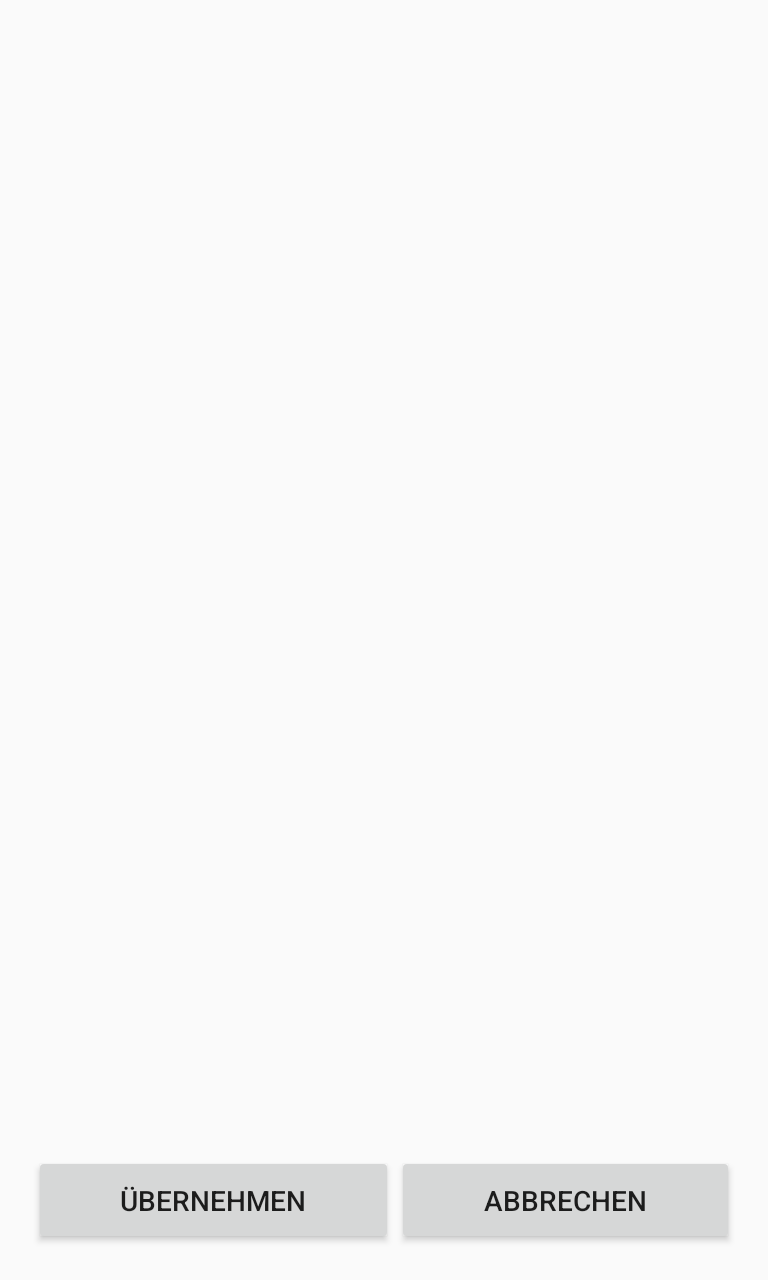
Repository: browndrf/cmpe283
Layout: myopenstack/res/layout/activity_main.xml
These files come from the project's save history. The layout is drawn as it stood at one moment and after the next save; the edit follows.
It is drawn on a 768 x 1280 px phone screen (xhdpi) without system bars, with theme AppTheme; the app's code is not run.

Above is the layout before, as saved 2014-09-13 18:20:00.

### myopenstack/res/layout/activity_main.xml
<RelativeLayout xmlns:android="http://schemas.android.com/apk/res/android"
    xmlns:tools="http://schemas.android.com/tools"
    android:layout_width="match_parent"
    android:layout_height="match_parent"
    android:paddingBottom="@dimen/activity_vertical_margin"
    android:paddingLeft="@dimen/activity_horizontal_margin"
    android:paddingRight="@dimen/activity_horizontal_margin"
    android:paddingTop="@dimen/activity_vertical_margin"
    tools:context=".MainActivity" >

    <LinearLayout
        android:id="@+id/LinearLayout02"
        android:layout_width="fill_parent"
        android:layout_height="wrap_content"
        android:layout_alignParentBottom="true" >

        <Button
            android:id="@+id/Button02"
            android:layout_width="wrap_content"
            android:layout_height="wrap_content"
            android:layout_weight="1"
            android:text="Übernehmen" >
        </Button>

        <Button
            android:id="@+id/Button03"
            android:layout_width="wrap_content"
            android:layout_height="wrap_content"
            android:layout_weight="1"
            android:text="Abbrechen" >
        </Button>
    </LinearLayout>

    <TableLayout
        android:id="@+id/tableLayout1"
        android:layout_width="match_parent"
        android:layout_height="match_parent"
        android:shrinkColumns="*"
        android:stretchColumns="*" >
    </TableLayout>

</RelativeLayout>

Loaded but not shown: myopenstack/res/values/styles.xml (common file); myopenstack/res/values-v11/styles.xml (common file); myopenstack/res/values-v14/styles.xml (common file); myopenstack/res/values/dimens.xml (common file); myopenstack/res/values-w820dp/dimens.xml (common file)

After the next save:
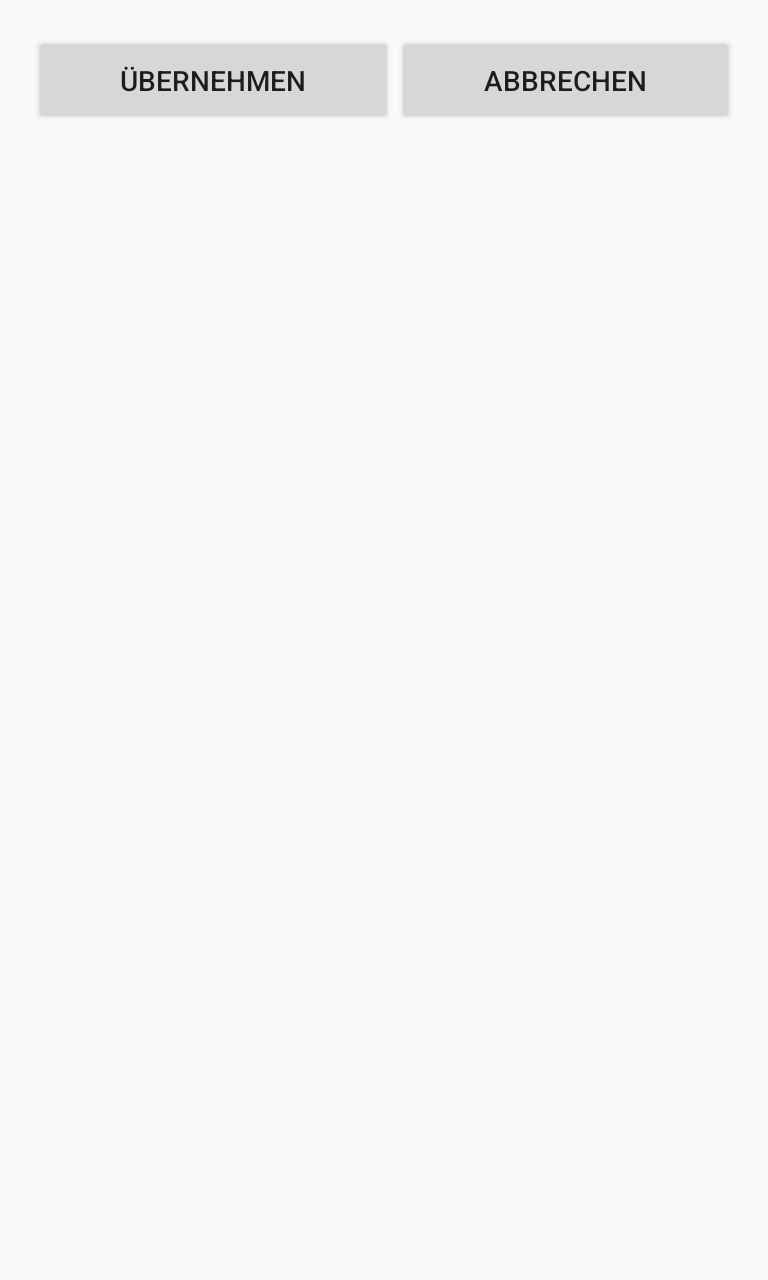
Saved 2 min 19 s later.
--- a/myopenstack/res/layout/activity_main.xml
+++ b/myopenstack/res/layout/activity_main.xml
@@ -8,35 +8,33 @@
     android:paddingTop="@dimen/activity_vertical_margin"
     tools:context=".MainActivity" >
 
-    <LinearLayout
-        android:id="@+id/LinearLayout02"
-        android:layout_width="fill_parent"
-        android:layout_height="wrap_content"
-        android:layout_alignParentBottom="true" >
-
-        <Button
-            android:id="@+id/Button02"
-            android:layout_width="wrap_content"
-            android:layout_height="wrap_content"
-            android:layout_weight="1"
-            android:text="Übernehmen" >
-        </Button>
-
-        <Button
-            android:id="@+id/Button03"
-            android:layout_width="wrap_content"
-            android:layout_height="wrap_content"
-            android:layout_weight="1"
-            android:text="Abbrechen" >
-        </Button>
-    </LinearLayout>
-
     <TableLayout
         android:id="@+id/tableLayout1"
         android:layout_width="match_parent"
         android:layout_height="match_parent"
         android:shrinkColumns="*"
         android:stretchColumns="*" >
+
+        <LinearLayout
+            android:id="@+id/LinearLayout02"
+            android:layout_width="fill_parent"
+            android:layout_height="wrap_content" >
+
+            <Button
+                android:id="@+id/Button02"
+                android:layout_width="wrap_content"
+                android:layout_height="wrap_content"
+                android:layout_weight="1"
+                android:text="Übernehmen" />
+
+            <Button
+                android:id="@+id/Button03"
+                android:layout_width="wrap_content"
+                android:layout_height="wrap_content"
+                android:layout_weight="1"
+                android:text="Abbrechen" />
+        </LinearLayout>
+
     </TableLayout>
 
 </RelativeLayout>

After the save that followed:
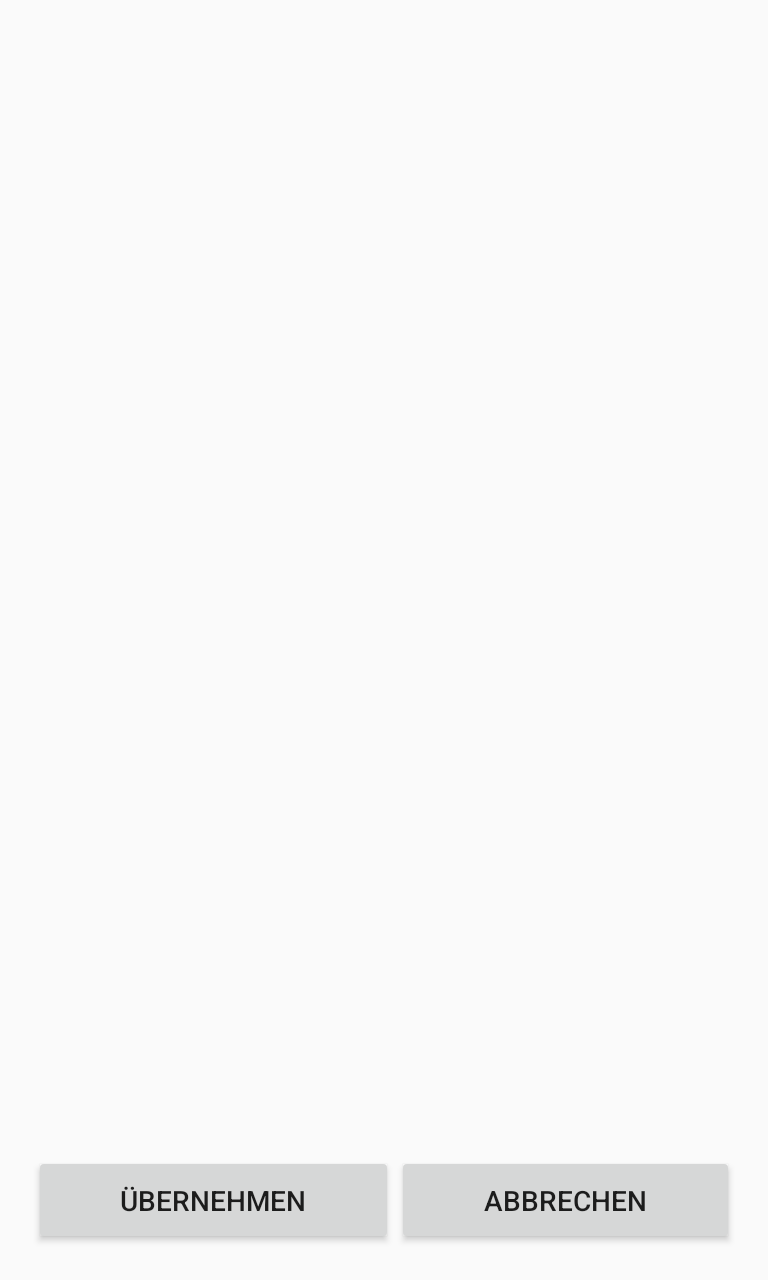
Saved 55 s later.
--- a/myopenstack/res/layout/activity_main.xml
+++ b/myopenstack/res/layout/activity_main.xml
@@ -8,33 +8,35 @@
     android:paddingTop="@dimen/activity_vertical_margin"
     tools:context=".MainActivity" >
 
+    <LinearLayout
+        android:id="@+id/LinearLayout02"
+        android:layout_width="fill_parent"
+        android:layout_height="wrap_content"
+        android:layout_alignParentBottom="true" >
+
+        <Button
+            android:id="@+id/Button02"
+            android:layout_width="wrap_content"
+            android:layout_height="wrap_content"
+            android:layout_weight="1"
+            android:text="Übernehmen" >
+        </Button>
+
+        <Button
+            android:id="@+id/Button03"
+            android:layout_width="wrap_content"
+            android:layout_height="wrap_content"
+            android:layout_weight="1"
+            android:text="Abbrechen" >
+        </Button>
+    </LinearLayout>
+
     <TableLayout
         android:id="@+id/tableLayout1"
         android:layout_width="match_parent"
         android:layout_height="match_parent"
         android:shrinkColumns="*"
         android:stretchColumns="*" >
-
-        <LinearLayout
-            android:id="@+id/LinearLayout02"
-            android:layout_width="fill_parent"
-            android:layout_height="wrap_content" >
-
-            <Button
-                android:id="@+id/Button02"
-                android:layout_width="wrap_content"
-                android:layout_height="wrap_content"
-                android:layout_weight="1"
-                android:text="Übernehmen" />
-
-            <Button
-                android:id="@+id/Button03"
-                android:layout_width="wrap_content"
-                android:layout_height="wrap_content"
-                android:layout_weight="1"
-                android:text="Abbrechen" />
-        </LinearLayout>
-
     </TableLayout>
 
 </RelativeLayout>
